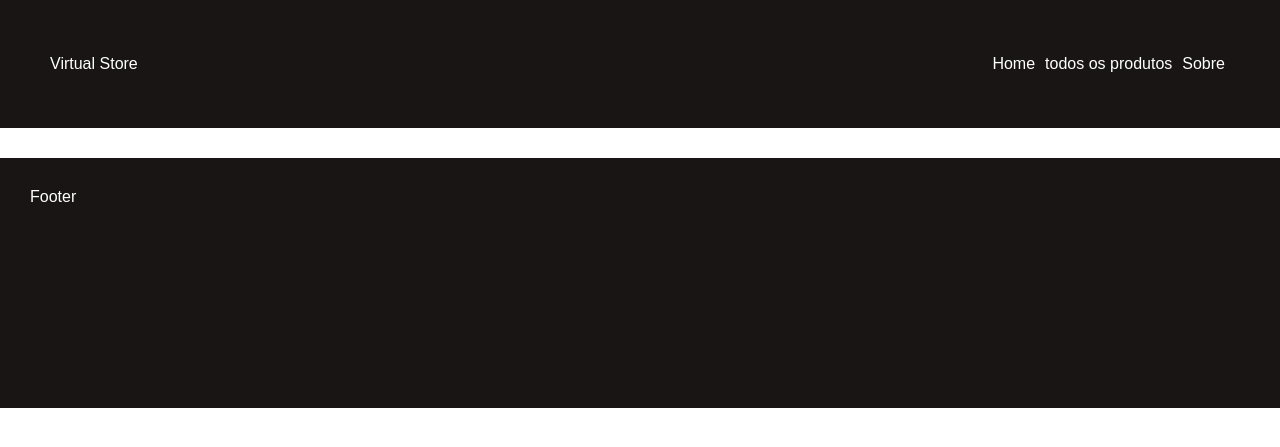
Repository: meiotera/virtuL-store
Page: /lista-de-produtos
The author's editor kept a copy of each file at every save. The page is drawn from the files as they stood at one save, then again after the next save.
The browser window is 1280 px wide. The pictures show the whole page.
The page's requests for data from a server got no answer. The project was rebuilt for these pictures with package versions that can differ from the ones it lists, and the page was loaded fresh each time. No one was signed in, and anything a server would have sent is missing. Also part of the build but not shown: vite.config.js, src/pages/Home.jsx, src/styles/ProductCard.module.css, src/styles/Button.module.css, src/components/Button.jsx, src/components/ProductCard.jsx, src/styles/ProductDetail.module.css, src/pages/ProductDetail.jsx.

Above is the page before, as saved 2025-04-08 18:30:52.

### src/index.css
* {
  margin: 0;
  padding: 0;
  list-style: none;

  font-family: Arial, Helvetica, sans-serif;
  text-decoration: none;
  box-sizing: border-box;
}

body {
  margin: 0 auto;
}

### src/App.jsx
import { BrowserRouter, Link, Route, Routes } from 'react-router-dom';
import Header from './components/Header';
import Main from './components/Main';
import Footer from './components/Footer';
import Home from './pages/Home';
import ProductList from './pages/ProductList';
import ProductDetail from './pages/ProductDetail';

function App() {
  return (
    <BrowserRouter>
      <Header />

      <Main>
        <Routes>
          <Route path="/" element={<Home />} />
          <Route path="/lista-de-produtos" element={<ProductList />} />
          <Route
            path="/lista-de-produtos/:title/:id"
            element={<ProductDetail />}
          />
        </Routes>
      </Main>

      <Footer />
    </BrowserRouter>
  );
}

export default App;

### src/components/Header.jsx
import React from 'react';
import styles from '../styles/Header.module.css';

const Header = () => {
  return (
    <header className={styles.header}>
      <div className={styles.containerHeader}>
        <div>Virtual Store</div>

        <div className={styles.navContainer}>
          <nav>
            <a href="">Home</a>
            <a href="">todos os produtos</a>
            <a href="">Sobre</a>
          </nav>
        </div>
      </div>
    </header>
  );
};

export default Header;

### src/components/Main.jsx
import React from 'react';
import styles from '../styles/Main.module.css';

const Main = ({ children }) => {
  return <main className={styles.main}>{children}</main>;
};

export default Main;

### src/components/Footer.jsx
import React from 'react';
import styles from '../styles/Footer.module.css';

const Footer = () => {
  return <footer className={styles.footer}>Footer</footer>;
};

export default Footer;

### src/pages/ProductList.jsx
import React, { useEffect, useState } from 'react';
import { getAllProducts } from '../services/api';
import ProductCard from '../components/ProductCard';

import styles from '../styles/ProductList.module.css';

const ProductList = () => {
  const [products, setProdutcts] = useState([]);

  useEffect(() => {
    const fetchData = async () => {
      const data = await getAllProducts();
      setProdutcts(data);
    };

    fetchData();
  }, []);

  console.log(products);

  return (
    <div className={styles.containerProducts}>
      {products.map((product) => (
        <ProductCard
          key={product.id}
          id={product.id}
          title={product.title}
          image={product.image}
          rating={product.rating}
          price={product.price}
        />
      ))}
    </div>
  );
};

export default ProductList;

### src/styles/Header.module.css
.header {
  background-color: #191515;
  padding: 30px;
  margin-bottom: 30px;
  color: #fff;
}

.containerHeader {
  max-width: 1440px;
  display: flex;
  justify-content: space-between;
  flex-wrap: wrap;
  align-items: center;
  padding: 20px;
  margin: 0 auto;
}

.navContainer nav {
  display: flex;
  align-items: center;
}

.navContainer a {
  padding: 5px;

  color: #fff;
  text-decoration: none;
}

### src/styles/Main.module.css
.main {
  max-width: 1440px;
  margin: 0 auto;
}

### src/styles/Footer.module.css
.footer {
  padding: 30px;
  background-color: #191515;
  color: #fff;

  height: 250px;
}

### src/services/api.js
const BASE_URL = 'https://fakestoreapi.com';

// buscar todos os produtos
export const getAllProducts = async () => {
  const res = await fetch(`${BASE_URL}/products`);
  const data = await res.json();

  return data;
};

export const getASingleProduct = async (id) => {
  const res = await fetch(`${BASE_URL}/products/${id}`);
  const data = await res.json();

  return data;
};

### src/styles/ProductList.module.css
.containerProducts {
  display: flex;
  flex-wrap: wrap;
  justify-content: center;
  align-items: center;
  width: 100%;
  gap: 20px;
}

@media (min-width: 960px) {
  .containerProducts {
    justify-content: space-between;
  }
}

Loaded but not shown: index.html (common file); src/main.jsx (common file)

After the next save:
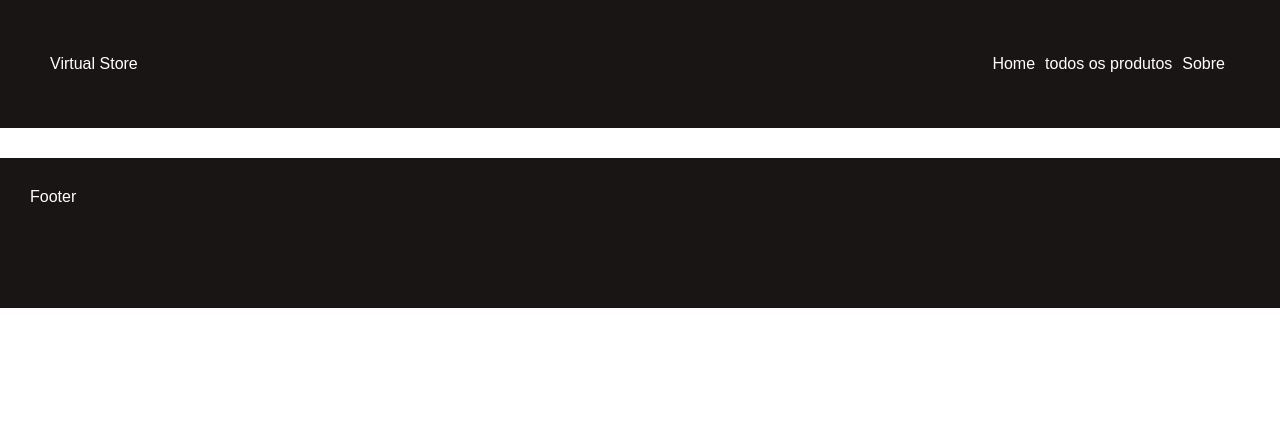
Saved 8 s later.
--- a/src/styles/Footer.module.css
+++ b/src/styles/Footer.module.css
@@ -3,5 +3,5 @@
   background-color: #191515;
   color: #fff;
 
-  height: 250px;
+  height: 150px;
 }
